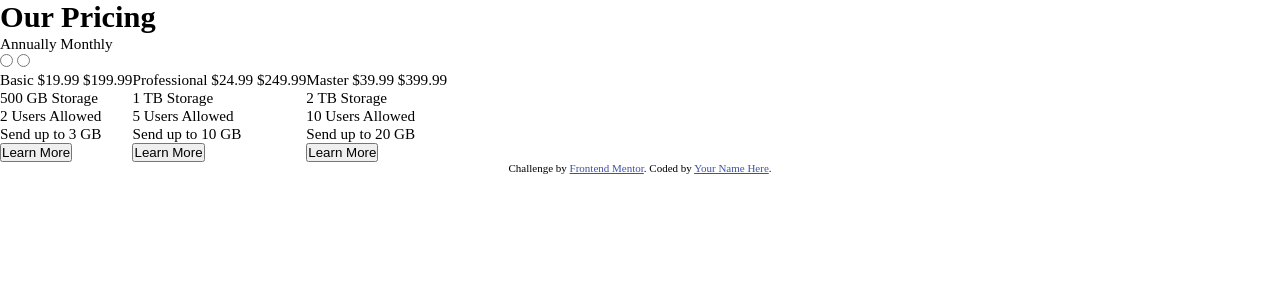
Repository: JuzzJoel/pricing-component-with-toggle-master
Page: index.html
These files come from the project's save history. The page is drawn as it stood at one moment and after a run of saves; the edit follows.
The browser window is 1280 px wide. The pictures show the whole page.

Above is the page before, as saved 2025-05-24 07:56:53.

After the next 3 saves:
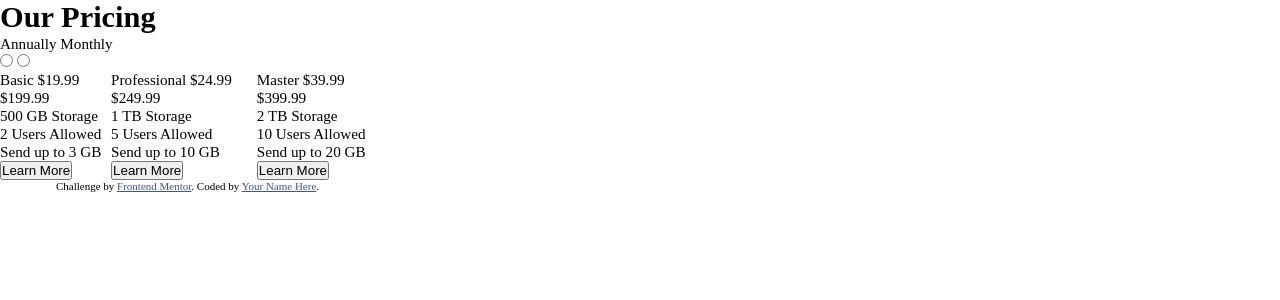
The 3 saves are shown as one change because they came seconds apart.
The last was saved 20 s later.
--- a/index.html
+++ b/index.html
@@ -33,6 +33,7 @@
     .attribution a { color: hsl(228, 45%, 44%); }
 body{
   font-size: 0.95rem;
+  width: 375px;
 }
 
 
